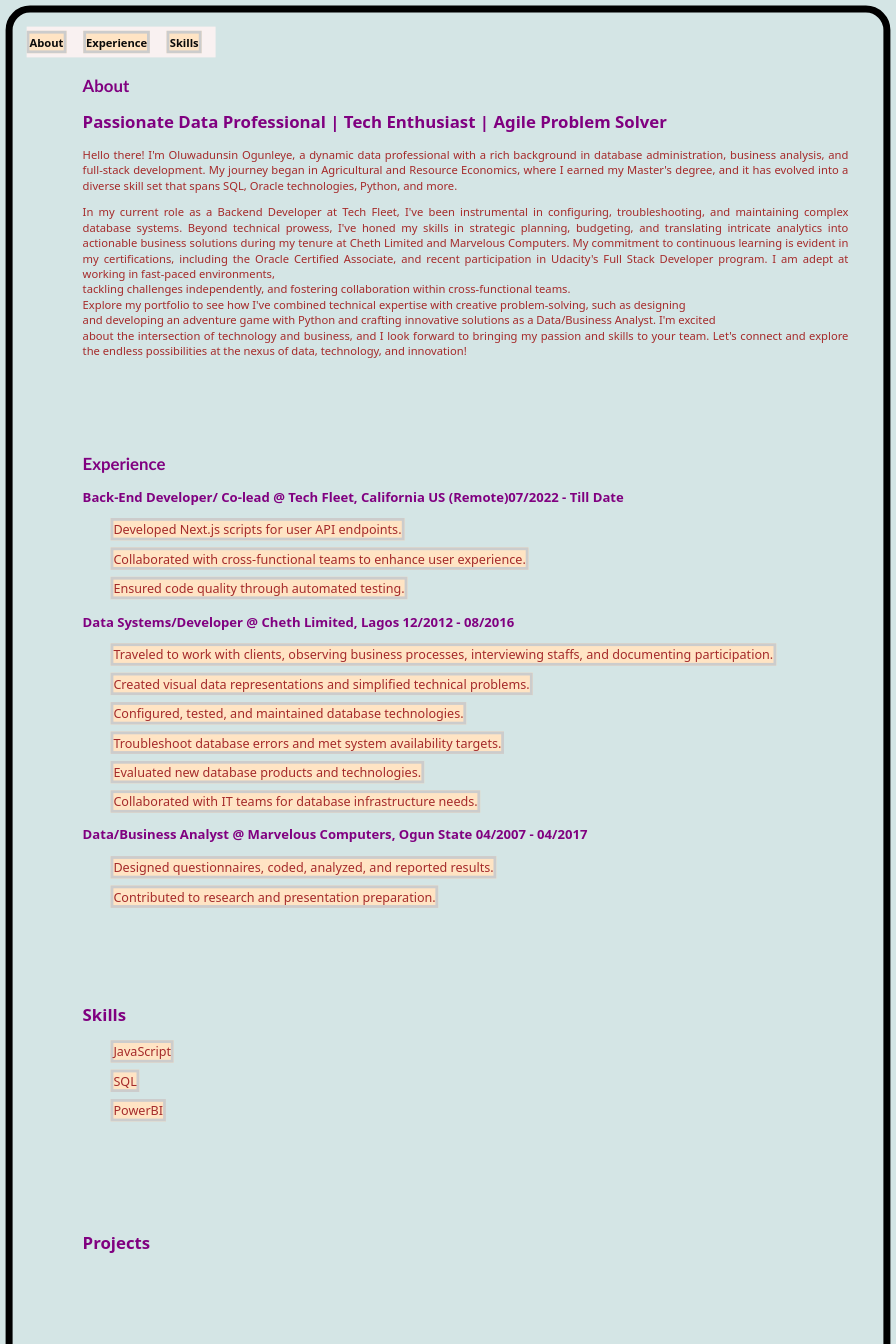
Repository: aloroduns/intro-to-programming-2023
Page: index.html
An editor plug-in stored every save of this project. The page is shown before and after a run of saves, followed by the edit.
The browser window is 1280 px wide. The pictures show the part of the page from y = 0 to 1920 px (the page is 2711 px tall before and 2689 px after), at 70% of full size.
The page's requests for data from a server got no answer.

Above is the page before, as saved 2024-01-23 12:15:38.

After the next 3 saves:
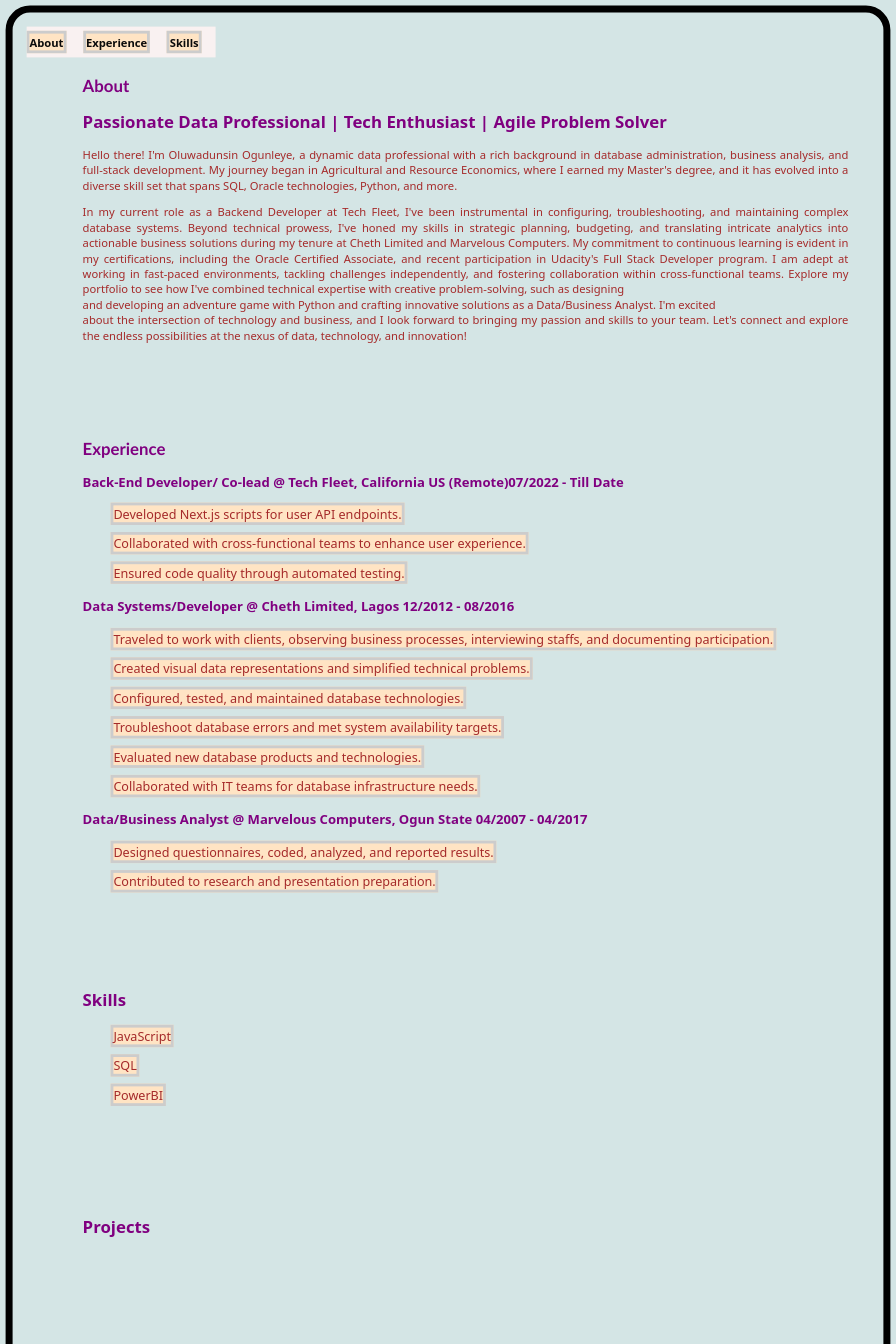
The 3 saves are shown as one change because they came seconds apart.
The last was saved 12 s later.
--- a/index.html
+++ b/index.html
@@ -35,8 +35,8 @@
             during my tenure at Cheth Limited and Marvelous Computers.
 
             My commitment to continuous learning is evident in my certifications, including the Oracle Certified Associate,
-            and recent participation in Udacity's Full Stack Developer program. I am adept at working in fast-paced environments,<br>
-            tackling challenges independently, and fostering collaboration within cross-functional teams.<br>
+            and recent participation in Udacity's Full Stack Developer program. I am adept at working in fast-paced environments,
+            tackling challenges independently, and fostering collaboration within cross-functional teams.
 
             Explore my portfolio to see how I've combined technical expertise with creative problem-solving, such as designing<br>
             and developing an adventure game with Python and crafting innovative solutions as a Data/Business Analyst. I'm excited<br>
